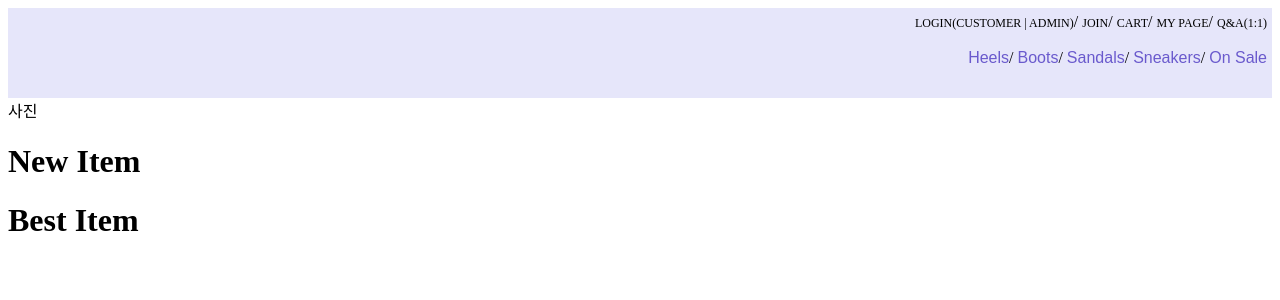
Repository: taeeun2/java_web
Page: http://localhost/webapp/include/Main.jsp
The author's editor kept a copy of each file at every save. The page is drawn from the files as they stood at one save, then again after the next save.
The browser window is 1280 px wide. The pictures show the whole page.
Some web fonts or font styles are not loaded; a fallback is used. The page is served by Tomcat 9.

Above is the page before, as saved 2021-09-28 07:56:05.

After the next save:
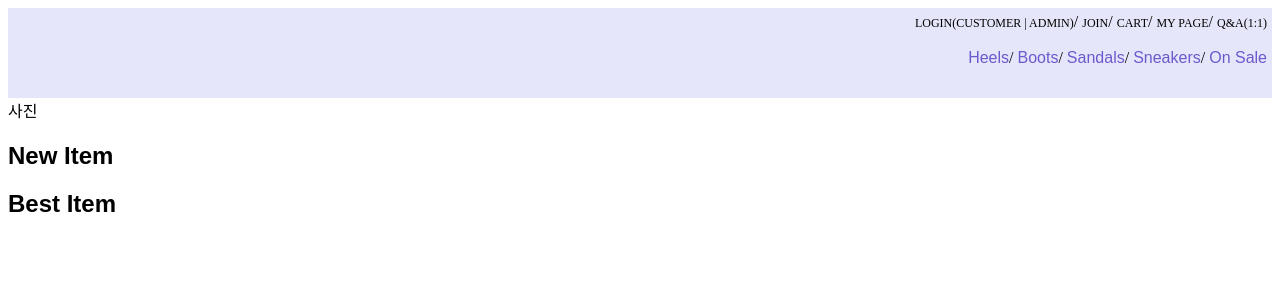
Saved 104 s later.
--- a/webapp/WebContent/include/Main.jsp
+++ b/webapp/WebContent/include/Main.jsp
@@ -3,8 +3,16 @@
 <!DOCTYPE html>
 <html>
 <head>
+<link rel="preconnect" href="https://fonts.googleapis.com">
+<link rel="preconnect" href="https://fonts.gstatic.com" crossorigin>
+<link href="https://fonts.googleapis.com/css2?family=Black+Han+Sans&display=swap" rel="stylesheet">
 <meta charset="EUC-KR">
 <title>Insert title here</title>
+<style>
+	h2{
+	font-family: 'Black Han Sans', sans-serif;
+	}
+</style>
 </head>
 <body>
 <jsp:include page="../ShopingMall/Header.jsp"/>
@@ -12,11 +20,11 @@
 	사진
 </div>
 <div>
-<h1>New Item</h1>
+<h2>New Item</h2>
 
 </div>
 <div>
-<h1>Best Item</h1>
+<h2>Best Item</h2>
 </div>
 </body>
 </html>
